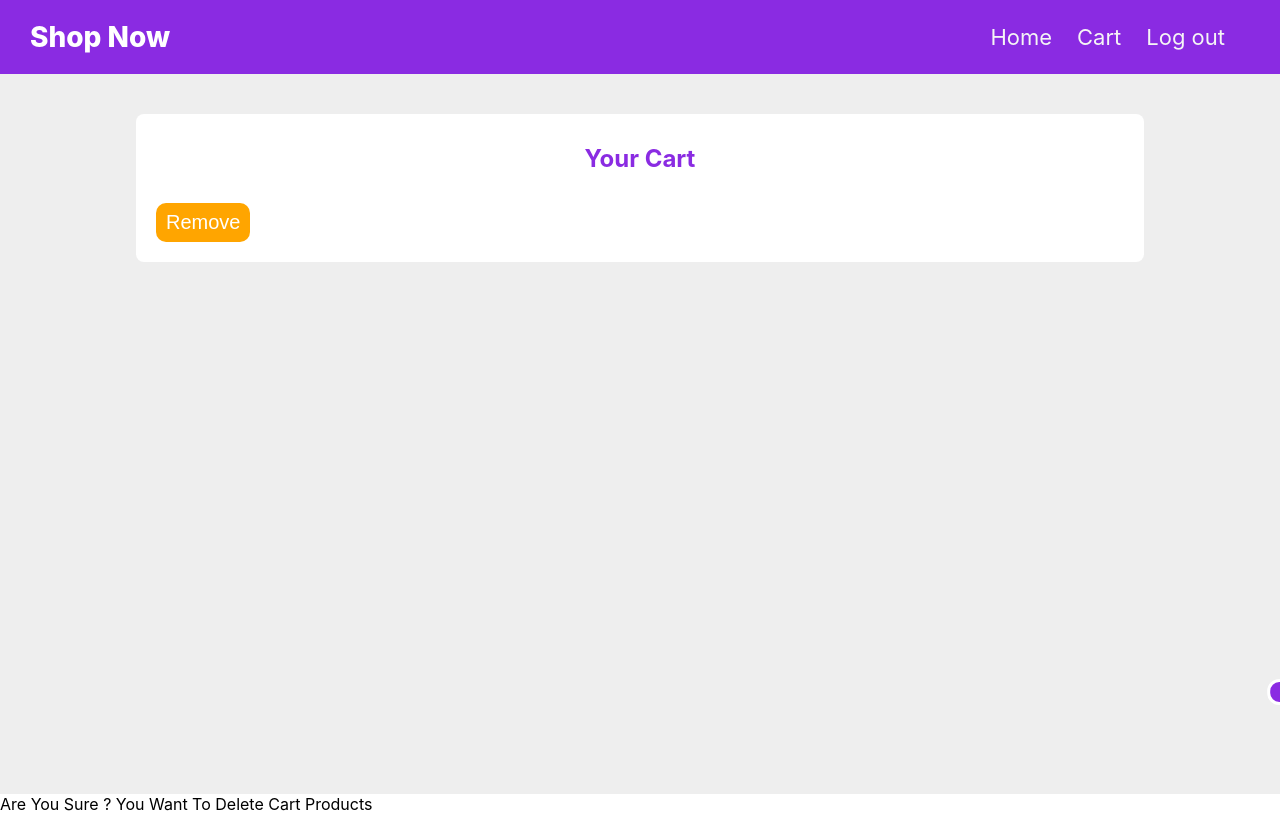
Repository: Eslam0Mohamed/simple-ecommerce-auth
Page: cart.html
An editor plug-in stored every save of this project. The page is shown before and after the next save, followed by the edit.
The browser window is 1280 px wide. The pictures show the whole page.
The page's requests for data from a server got no answer.

Above is the page before, as saved 2026-02-02 14:32:36.

### cart.html
<!DOCTYPE html>
<html lang="en">

<head>
    <meta charset="UTF-8">
    <meta name="viewport" content="width=device-width, initial-scale=1.0">
    <title>Cart</title>
    <link rel="stylesheet" href="style/style.css">
</head>

<body>
    <nav class="navbar">
        <div class="logo">Shop Now</div>
        <div class="nav-list">
            <ul>
                <li class="home-item">
                    <a href="index.html">Home</a>
                </li>
                <li class="cart-item">
                    <a href="cart.html">Cart</a>
                </li>
                <li class="logout-item">
                    <a href="login.html">Log out</a>
                </li>
                <li class="welcome-message"></li>
            </ul>
        </div>
    </nav>

    <section class="cart">
        <div class="cart-container">
            <h1 class="cart-heading">Your Cart</h1>
            <div class="cart-products-container">

            </div>
            <!-- <div class="cart-products">
                <div class="product-details">
                    <img src="./images/product.jpg" alt="">
                    <div class="product-details-text">
                        <h3>Lenovo Ideabad</h3>
                        <span>$300</span>
                    </div>
                </div>
                <div class="products-controls">
                    <button class="mince">- </button>
                    <button class="quantity">1</button>
                    <button class="plus">+</button>
                    <button class="remove">Remove</button>
                </div>
            </div> -->

            <h3 class="total-price"></h3>
             <button class="remove-all">Remove</button>
        </div>
    </section>

    <div class="model">
        <p class="model-message"></p>
    </div>
     <div class="delete-model">
        <p class=" delete-model-message">Are You Sure  ? You Want To Delete Cart Products</p>
    </div>

    <script src="javaScript/cart.js"></script>
</body>

</html>

### style/style.css
*{
    padding: 0;
    margin: 0;
    box-sizing: border-box;
}

body{
      font-family: "Inter", sans-serif;
      overflow-x: hidden;
}
span,a{
display: inline-block;
}
ul{
    list-style: none;
}
img{
    width: 100%;
    height: 100%;
}
a{
    text-decoration: none;
    color: inherit;
}

.navbar{
    padding: 20px 30px;
    background-color: blueviolet;
    display: flex;
    justify-content: space-between;
    align-items: center;
}
.logo{
    font-size: 28px;
    color: white;
    text-transform: capitalize;
    font-weight: 800;
    cursor: pointer;
}
.nav-list ul{
    display: flex;
    gap: 25px;
}
.nav-list ul li {
color: whitesmoke;
font-size: 22px;
font-weight: 400;
}
.nav-list ul li:hover{
    border-bottom: 1px solid black;
}
main{
    background-color: #eee;
    width: 100%;
    min-height: 100vh;
    padding: 25px 10px;
    position: relative;
}
main h1{
    text-align: center;
    font-weight: bold;
    padding: 25px 15px;
}
.container{
    width: 70%;
    margin:auto;
}
.products{
display: grid;
grid-template-columns: repeat(auto-fill,minmax(250px,1fr));
gap: 15px;
margin-top: 20px;
}
.product-box{
    background-color: white;
    border-radius: 24px;
    overflow: hidden;
}
.product-box img{
    width: 100%;
    height: 250px;
}
 .product-box .text-container{
    padding: 10px 15px;
    display: flex;
    justify-content: center;
    align-items: center;
    /* gap: 10px; */
    flex-direction: column;
}
.proudct-name{
    background-color: #eee;
    padding: 10px 15px;
    color: black;
    border-radius: 14px;
    font-size: 15px;
    text-align: center;
}
.product-price{
   color:blueviolet;
    padding: 8px 15px;
    border-radius: 4px;
    font-weight: 500;
    font-size: 18px;
}
.add-to-cart-button,.login-button{
    border: 2px solid #eee;
    background-color: blueviolet;
    color: #eee;
    padding: 8px 20px;
    border-radius: 10px;
    font-size: 18px;
    transition: all 0.3s;
    cursor: pointer;
}
.add-to-cart-button:hover{
    background-color: white;
    color: blueviolet;

}

.pagination{
    display: flex;
    gap: 30px;
    padding: 20px 10px;
    justify-content: center;
}
.pagination button {
    border: 2px solid #eee;
    background-color: white;
    color: blueviolet;
    padding: 8px 20px;
    border-radius: 10px;
    font-size: 18px;
    transition: all 0.3s;
    cursor: pointer;
}


/* ! log in  */

.login{
    background-color: #eee;
    width: 100%;
    height: 100vh;
    display: flex;
    justify-content: center;
    align-items: center;
        position: relative;
}

.form-container{
    background-color: white;
    padding: 25px 30px;
    border-radius: 12px;
    width: 400px;
}
.input-item {
display: flex;
flex-direction: column;
gap: 8px;
margin: 15px 0;

}
.input-item label {
color: dimgrey;
font-weight: 500;
}
.input-item input{
padding: 12px 10px;
width: 100%;
border: 1px solid #ddd;
background-color: transparent;
color: dimgrey;
border-radius: 8px;
font-size: 18px;
}
input:focus{
    outline: none;
}
.login-heading{
    text-align: center;
}
.login-button{
    margin: 15px auto;
    width: 100%;
}

.model{
    background-color: blueviolet;
    color: white;
    position: fixed;
    bottom: 15px;
    right: 20px;
    padding: 10px 15px;
    border-radius: 12px;
    border: 3px solid #fff;
    transition: all 0.8s linear;
    transform: translateX(120%);
   }
.model p{
font-size: 16px;
}


/* & Cart */

.cart{
    background-color: #eee;
    width: 100%;
    padding: 10px;
    min-height: 100vh;

}

.cart-container{
    width: 80%;
    background-color: #fff;
    padding: 10px 15px;
    margin: 30px auto;
    border-radius:8px ;
    padding: 20px 20px;
}
.cart-container h1{
text-align: center;
color: blueviolet;
 padding: 10px 0;
}
.cart-products{
display: flex;
justify-content: space-between;
align-items: center;
padding: 20px 0px;
border-top:1px solid #ddd ;
}
.product-details{
display: flex;
align-items: center;
gap: 20px;
}
.product-details img{
background-color: aliceblue;
width: 100px;
height: 100px;
}
.product-details span{
color: blueviolet;
font-weight: 600;
font-size: 20px;
}
.product-details-text{
display: flex;
flex-direction: column;
gap: 10px;
}

.products-controls{
display: flex;
align-items: center;
gap: 20px;
}
.mince,.plus,.quantity,.remove,.remove-all{
padding: 5px 10px;
background-color: blueviolet;
color: #fff;
font-weight: 500;
font-size: 20px;
border: none;
outline: none;
border-radius: 50%;
cursor: pointer;
}
.quantity{
border-radius: 0;
padding: 5px 10px;
background-color: #fff;
border: 1px solid #ddd;
color: blueviolet;
}
.remove,.remove-all{
    padding: 8px 10px;
    background-color: orange;
    border-radius: 10px;
}
.total-price{
    margin: 20px 0;
}
.delete-model{
background-color: ;
}
.delete-model-message{

}

### javaScript/cart.js
//  * variables
const homeLink = document.querySelector(".home-item")
const totalPrice = document.querySelector(".total-price")
const removeAll = document.querySelector(".remove-all")
const cartLink = document.querySelector(".cart-item")
const logOutLink = document.querySelector(".logout-item")
const cartContainer = document.querySelector(".cart-products-container")
const welcomeMessage = document.querySelector(".welcome-message")
const userData = JSON.parse(localStorage.getItem("userData"))
const mince = document.querySelector(".mince")
const plus = document.querySelector(".plus")
const model = document.querySelector(".model")
const modelMessage = document.querySelector(".model-message")

displayUserNavbar()
// * function
function displayUserNavbar() {
    if (userData) {
        welcomeMessage.textContent = "welcome , " + userData.firstName
    }
}
function displayCartProducts(cartProducts,totalCartPrice){
    let cartBox = ""
    for (const element of cartProducts) {
        cartBox+=`
        <div class="cart-products">
        <div class="product-details">
                    <img src="${element.thumbnail}" alt="">
                    <div class="product-details-text">
                        <h3>${element.title}</h3>
                        <span> $${element.price.toFixed(0)}</span>
                        <span><b>Total Price</b> $${element.total.toFixed(0)}</span>
                    </div>
                </div>
                <div class="products-controls">
                    <button class="mince" onclick="updataCartData(this,${element.id},${element.quantity})"">- </button>
                    <button class="quantity">${element.quantity}</button>
                    <button class="plus" onclick="updataCartData(this,${element.id},${element.quantity})">+</button>
                    <button class="remove">Remove</button>
                </div>
        </div>
                `
     }


     cartContainer.innerHTML = cartBox
     totalPrice.innerHTML ="Total Products Price : $ " + totalCartPrice.toFixed(2)
}
// * Api
getCartProducts()
async function getCartProducts(){
    const cartId = localStorage.getItem("cartId")
    try {
        // const response = await fetch(`https://dummyjson.com/carts/user/${userData.id}`)
        const response = await fetch(`https://dummyjson.com/carts/${1}`)
        const data = await response.json()
          displayCartProducts(data.products,data.total)
    } catch (error) {
        console.log(error);
        // & message for handle error
    }
}
async function updataCartData(btn,id){
try {
    const cartItem = btn.closest(".cart-products")
    console.log(cartItem);
    let quantity = Number(cartItem.querySelector(".quantity").textContent)
if (btn.classList.contains("plus")) {
    console.log("plus");
    quantity++
}
else{
    console.log("mince");
    quantity--
}
if (quantity<0) {
  return
}
   var response =await fetch(`https://dummyjson.com/carts/${1}`, {
  method: 'PUT',
  headers: { 'Content-Type': 'application/json' },
  body: JSON.stringify({
    merge: true,
    products: [
      {
        id: id,
        quantity: quantity,
      },
    ]
  })
})
const data = await response.json()
console.log(data.products[0].quantity,data.total);
displayCartProducts(data.products,data.total)
        modelMessage.textContent = "You Have Change The Quantity"
        model.style.transform = "translateX(0)"
        setTimeout(() => {
            model.style.transform = "translateX(120%)"
        }, 2000)
}

catch(error) {
    console.log(error);
    // !message for handle error alert(error)
}
}
async function deleteCart() {
    const response = fetch(`https://dummyjson.com/carts/1`,{method:"DELETE"})
    console.log(response);

}
// * events
removeAll.addEventListener("click",()=>{
console.log("Remove Button Clicked");

deleteCart()

})

logOutLink.addEventListener("click", (e) => {
    e.preventDefault()
    modelMessage.textContent = "Now You Are Logged Out"
    model.style.transform = "translateX(0)"
    setTimeout(() => {
        model.style.transform = "translateX(120%)"
        location.href = "../login.html"
    }, 2000)
    localStorage.removeItem("userData")
})

After the next save:
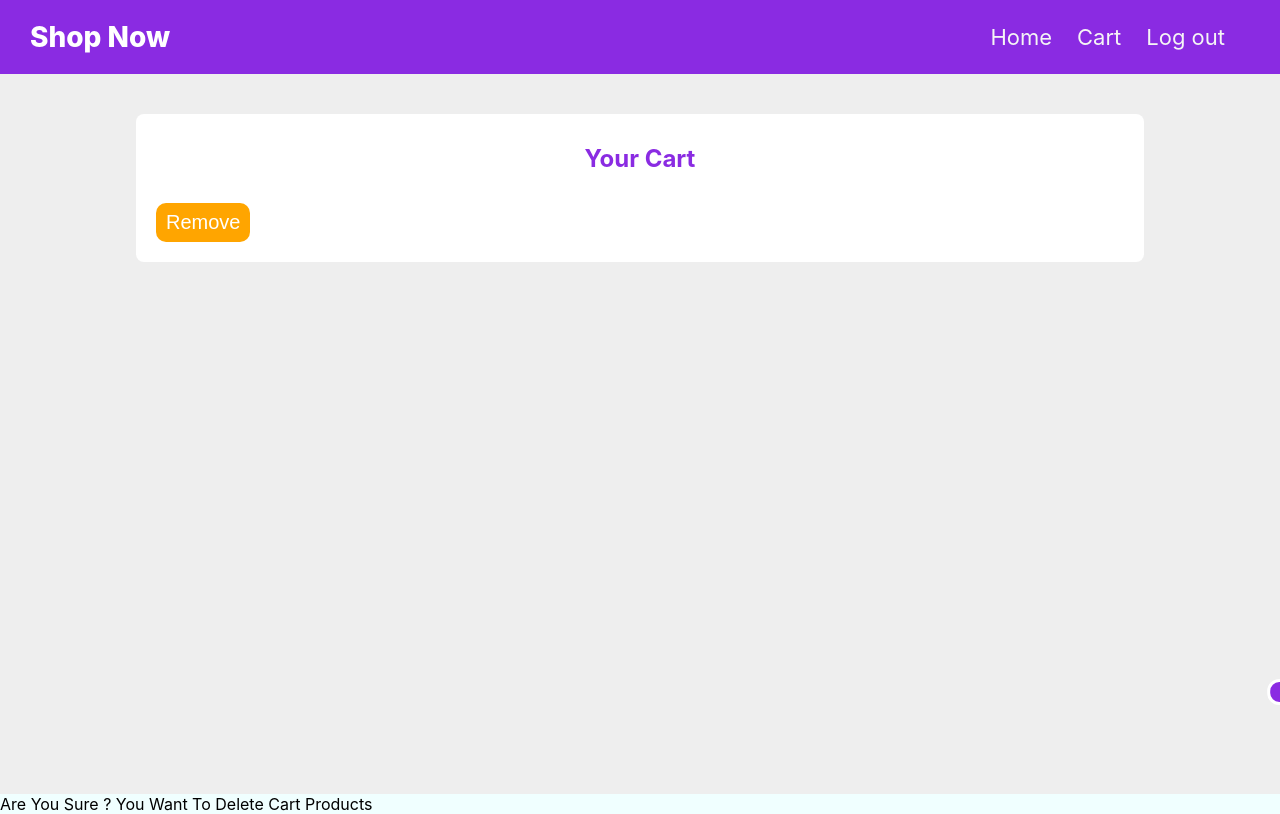
Saved 6 s later.
--- a/style/style.css
+++ b/style/style.css
@@ -286,7 +286,8 @@ color: blueviolet;
     margin: 20px 0;
 }
 .delete-model{
-background-color: ;
+background-color: azure;
+
 }
 .delete-model-message{
 
